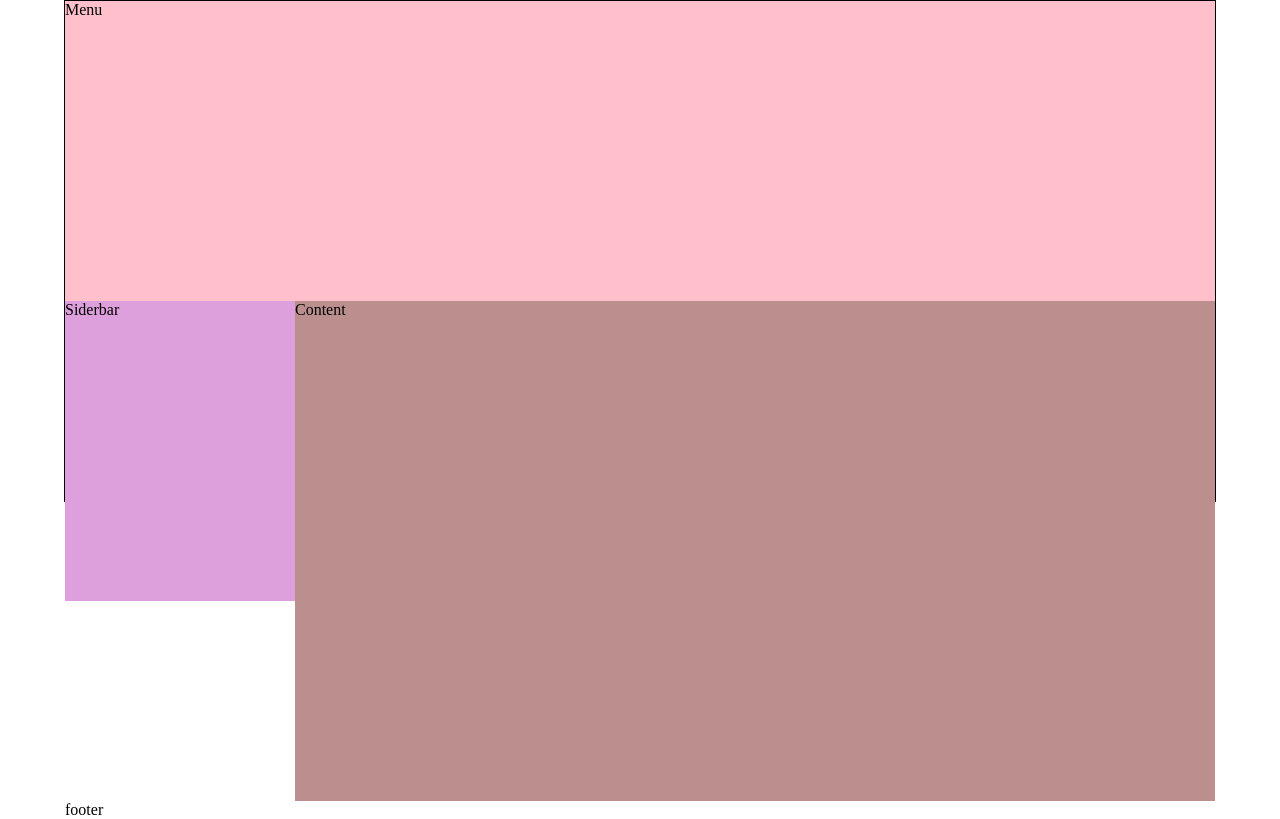
Repository: cvTuananh/Wed-famework
Page: Lab04/lab04/demo05.html
The author's editor kept a copy of each file at every save. The page is drawn from the files as they stood at one save, then again after the next save.
The browser window is 1280 px wide. The pictures show the whole page.

Above is the page before, as saved 2021-09-28 19:45:24.

### Lab04/lab04/demo05.html
<!DOCTYPE html>
<html lang="en">
<head>
    <meta charset="UTF-8">
    <meta http-equiv="X-UA-Compatible" content="IE=edge">
    <meta name="viewport" content="width=device-width, initial-scale=1.0">
    <title>layout2</title>
    <link rel="stylesheet" type="text/css" href="./css/demo05.css">
</head>
<body>
    <div class="container">
        <nav>Menu</nav>
        <aside>Siderbar</aside>
        <article>Content</article>
        <footer>footer</footer>
    </div>
</body>
</html>

### Lab04/lab04/css/demo05.css
*{
    padding: 0;
    margin: 0;
    box-sizing: border-box;
}
.container{
    width: 90%;
    margin: 0 auto;
    border: 1px solid ;
}
nav{
    background-color: pink;
    height: 300px;
}
aside{
    background-color: plum;
    height: 300px;
    width: 20%;
    float: left;
}
article{
    background-color: rosybrown;
    height: 500px;
    width: 80%;
    float: left;
}

footer{
    background-color: rgb(185, 96, 185);
    height: 200px;
}

After the next save:
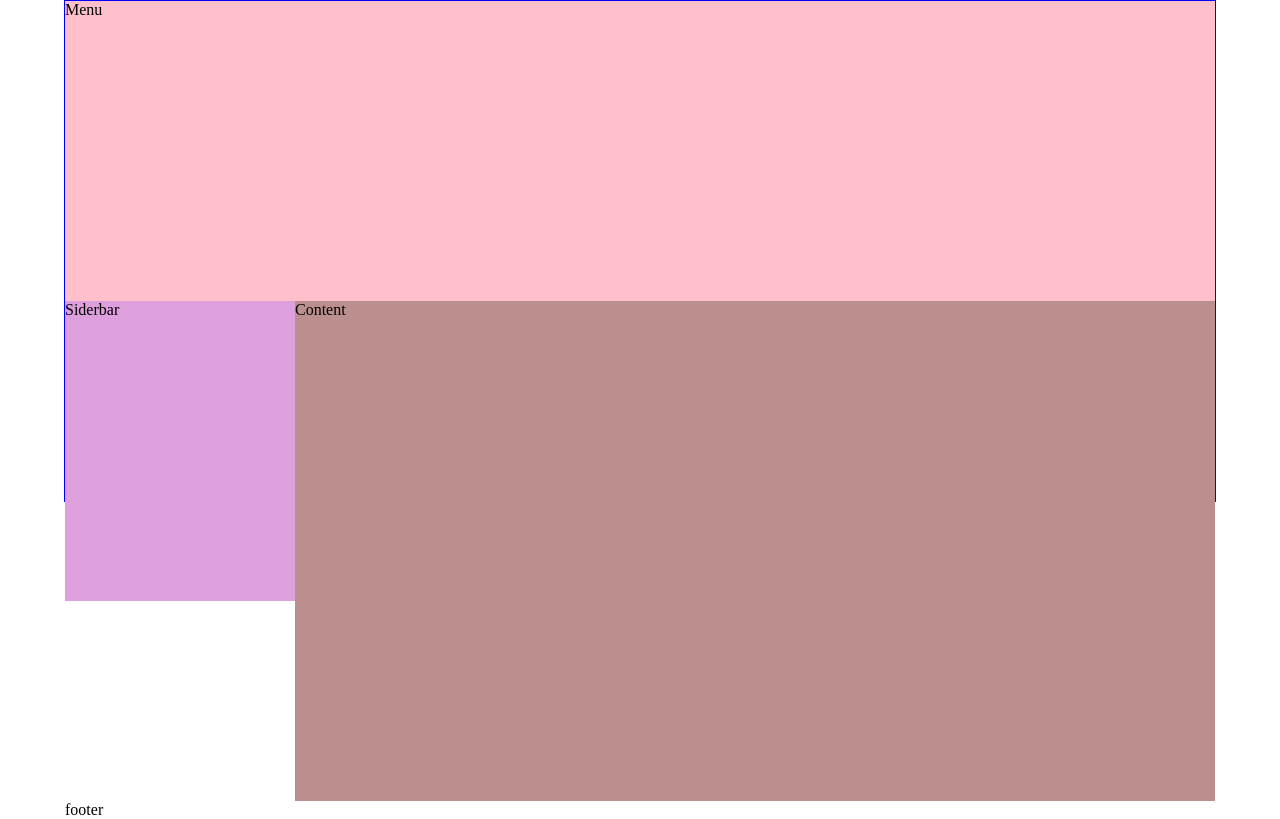
Saved 4 s later.
--- a/Lab04/lab04/css/demo05.css
+++ b/Lab04/lab04/css/demo05.css
@@ -6,7 +6,7 @@
 .container{
     width: 90%;
     margin: 0 auto;
-    border: 1px solid ;
+    border: 1px solid blue;
 }
 nav{
     background-color: pink;
